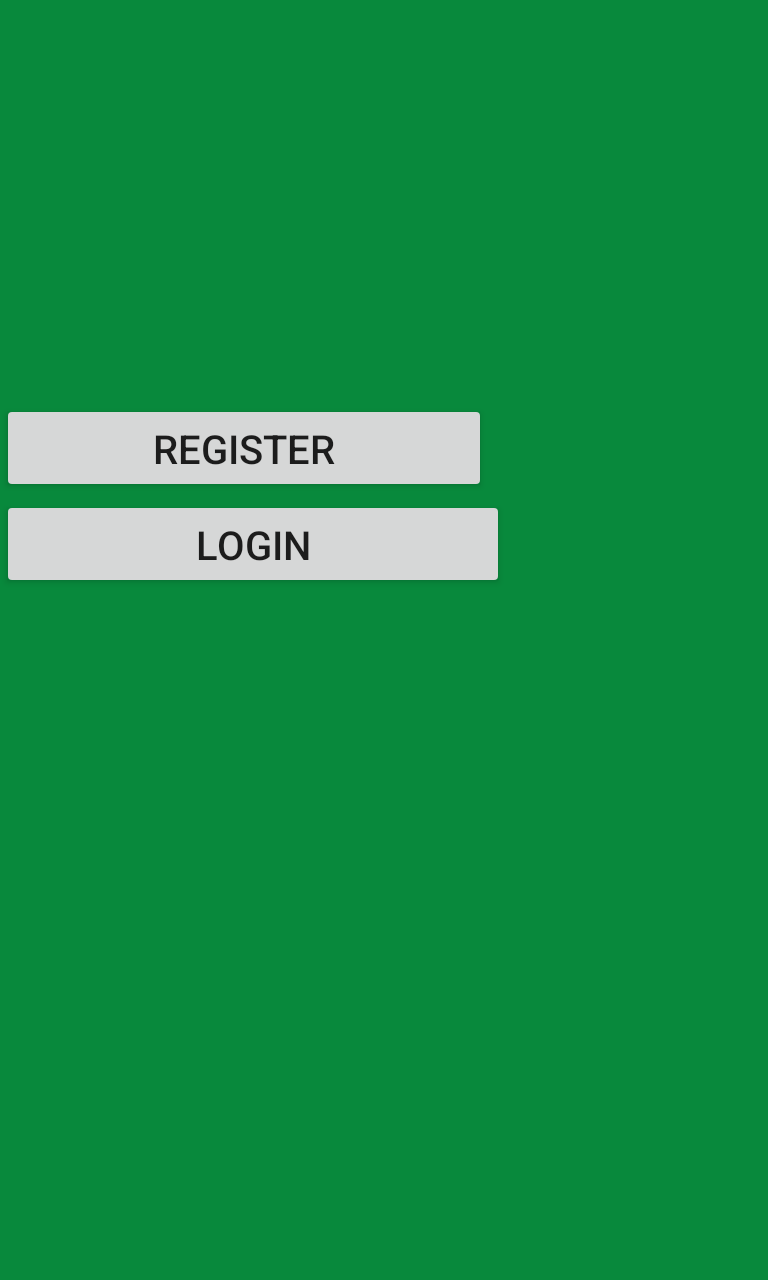
Repository: janemuthoni/icon
Layout: Exam/res/layout/welcome.xml
An editor plug-in stored every save of this project. The layout is shown before and after the next save, followed by the edit.
It is drawn on a 768 x 1280 px phone screen (xhdpi) without system bars, with theme AppTheme; the app's code is not run.

Above is the layout before, as saved 2014-08-07 07:53:40.

After the next save:
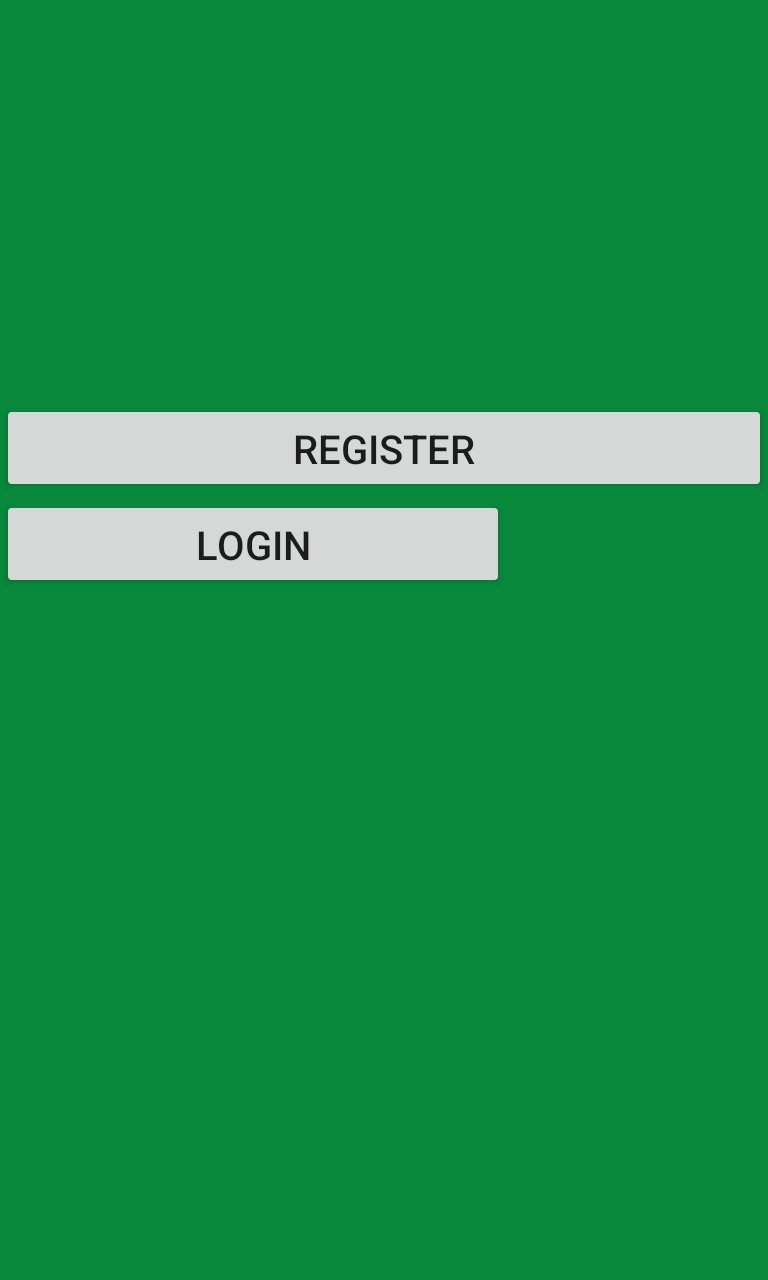
Saved 64 s later.
--- a/Exam/res/layout/welcome.xml
+++ b/Exam/res/layout/welcome.xml
@@ -11,6 +11,7 @@
         android:layout_height="wrap_content"
         android:layout_marginTop="200dp"
         android:maxWidth="100dp"
+        android:layout_width="fill_parent"
         android:text="@string/buttonregister"
         android:textSize="20sp"/>
 
